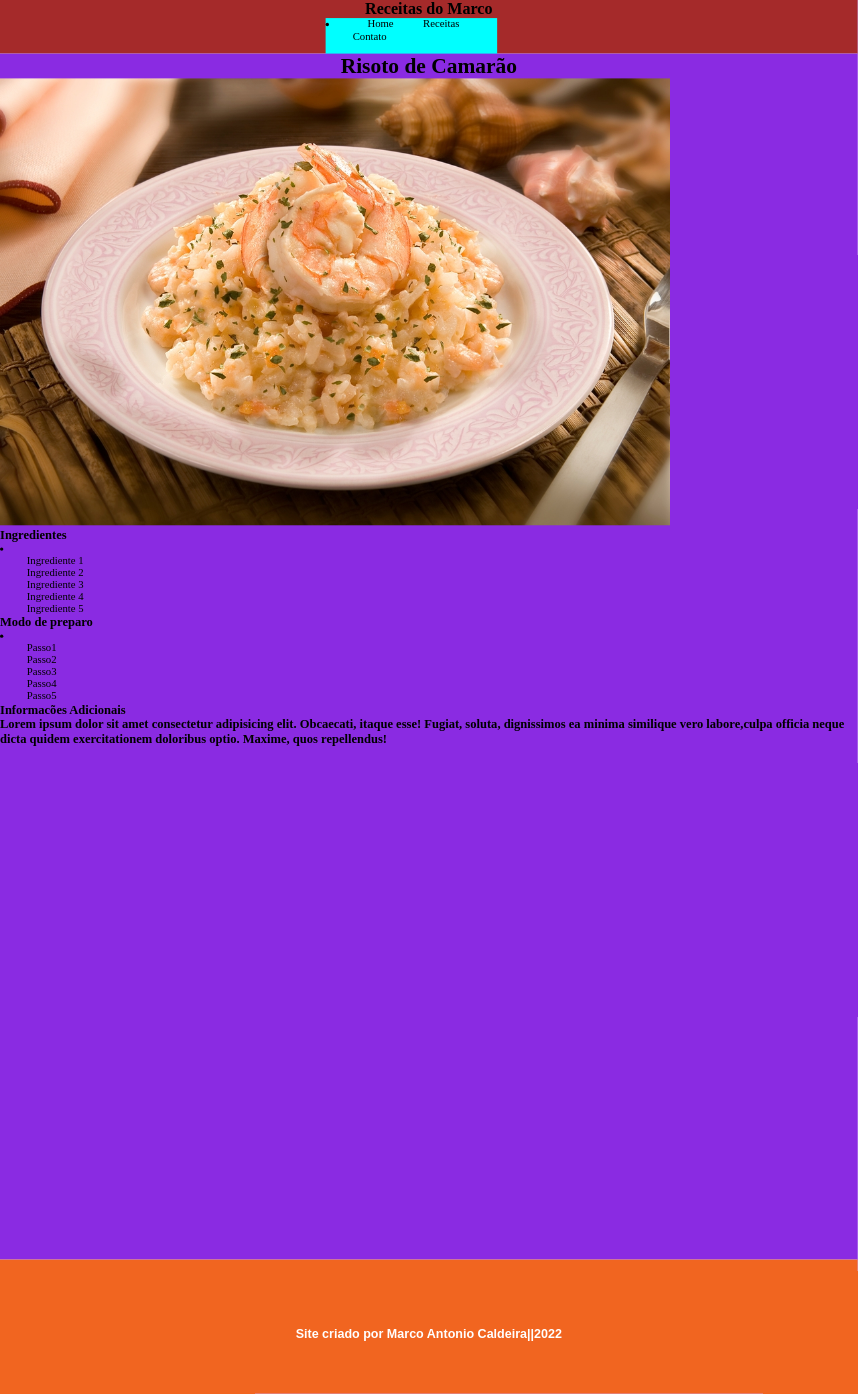
Repository: MarcoantonioCaldeira/Aprendizados-e-Conhecimentos
Page: Receitas da Casa/index.html
An editor plug-in stored every save of this project. The page is shown before and after the next save, followed by the edit.
The browser window is 1280 px wide. The pictures show the whole page, at 67% of full size.

Above is the page before, as saved 2022-05-25 23:51:11.

After the next save:
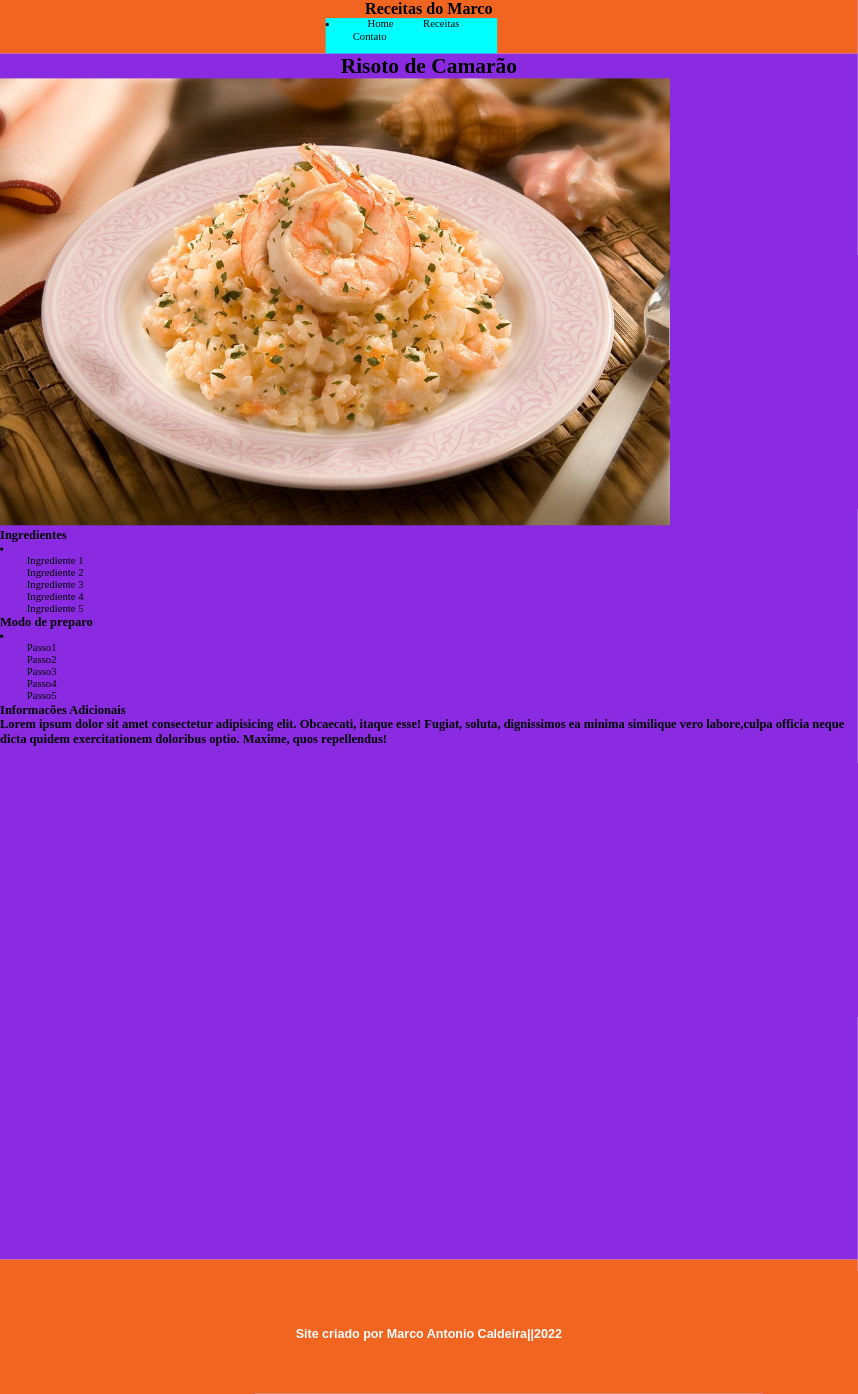
Saved 29 s later.
--- a/Receitas da Casa/css/estilo.css
+++ b/Receitas da Casa/css/estilo.css
@@ -10,7 +10,7 @@ h1{
 
 #topo{
     width: 100%;
-    background-color: brown;
+    background-color:rgb(241, 101, 32);
     height: 80px;
 }
 
